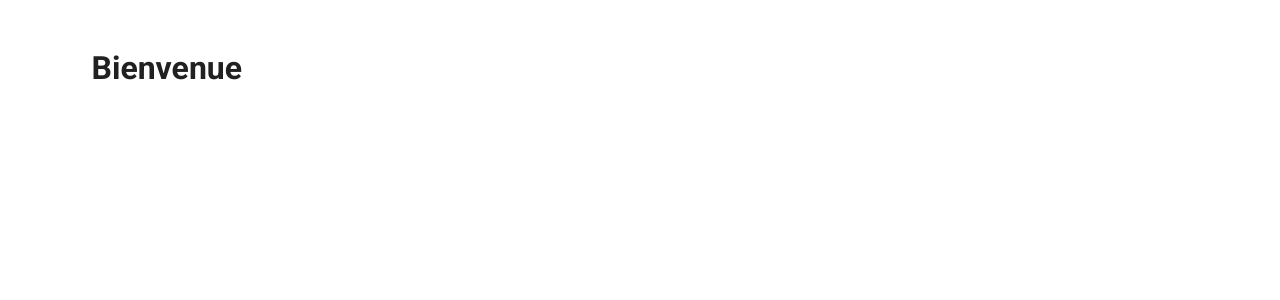
Repository: SidneyHodieb/myc
Page: /
The author's editor kept a copy of each file at every save. The page is drawn from the files as they stood at one save, then again after the next save.
The browser window is 1280 px wide. The pictures show the whole page.
The project was rebuilt for these pictures with package versions that can differ from the ones it lists, and the page was loaded fresh each time. Also part of the build but not shown: vue.config.js.

Above is the page before, as saved 2021-04-01 22:59:21.

After the next save:
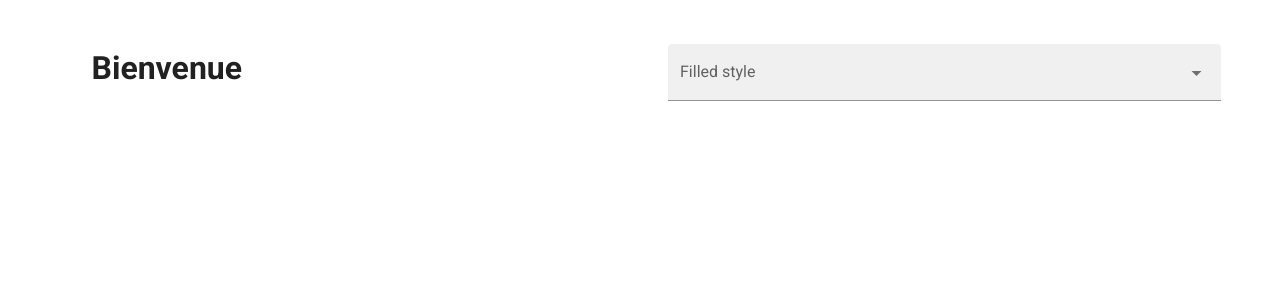
Saved 2 min 45 s later.
--- a/src/views/Home.vue
+++ b/src/views/Home.vue
@@ -2,6 +2,17 @@
  <v-container>
     <v-row class="mt-5 ml-5">
       <v-col><h1>Bienvenue</h1></v-col>
+       <v-col
+        class="d-flex"
+        cols="12"
+        sm="6"
+      >
+        <v-select
+          :items="items"
+          filled
+          label="Filled style"
+        ></v-select>
+      </v-col>
     </v-row>
   </v-container>
 </template>
